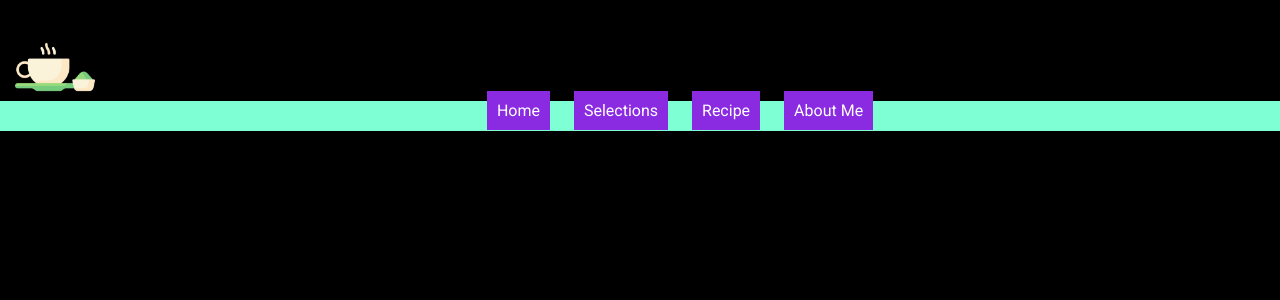
Repository: ericazz17/matchawebsite
Page: main.html
An editor plug-in stored every save of this project. The page is shown before and after a run of saves, followed by the edit.
The browser window is 1280 px wide. The pictures show the whole page.

Above is the page before, as saved 2023-09-19 20:33:21.

After the next 7 saves:
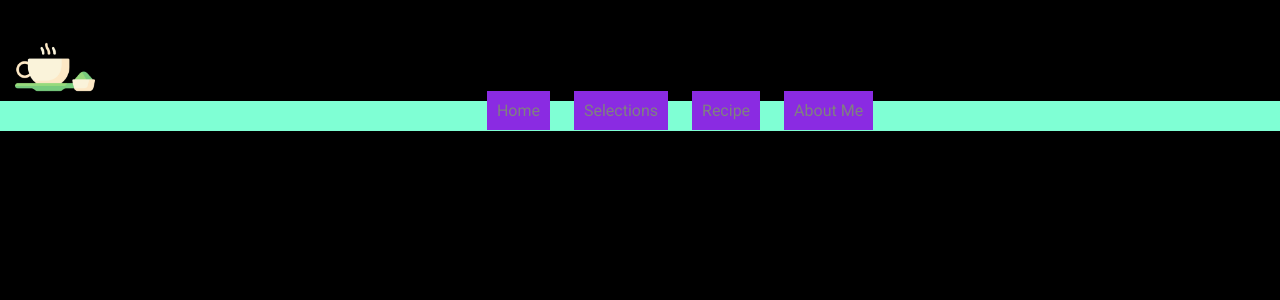
The 7 saves are shown as one change because they came seconds apart.
The last was saved 24 s later.
--- a/header.css
+++ b/header.css
@@ -39,7 +39,7 @@
     text-align: center;
 }
 .button {
-    color: white;
+    color: gray;
     font-family: 'Roboto', sans-serif;
     background-color: blueviolet;
     padding: 10px;
@@ -52,7 +52,7 @@
 
 .button:hover {
     /* background-color: aquamarine; */
-    color: black;
+    color: white;
     border-color: rgb(61, 35, 13);
     border-width: 10px;
 }
